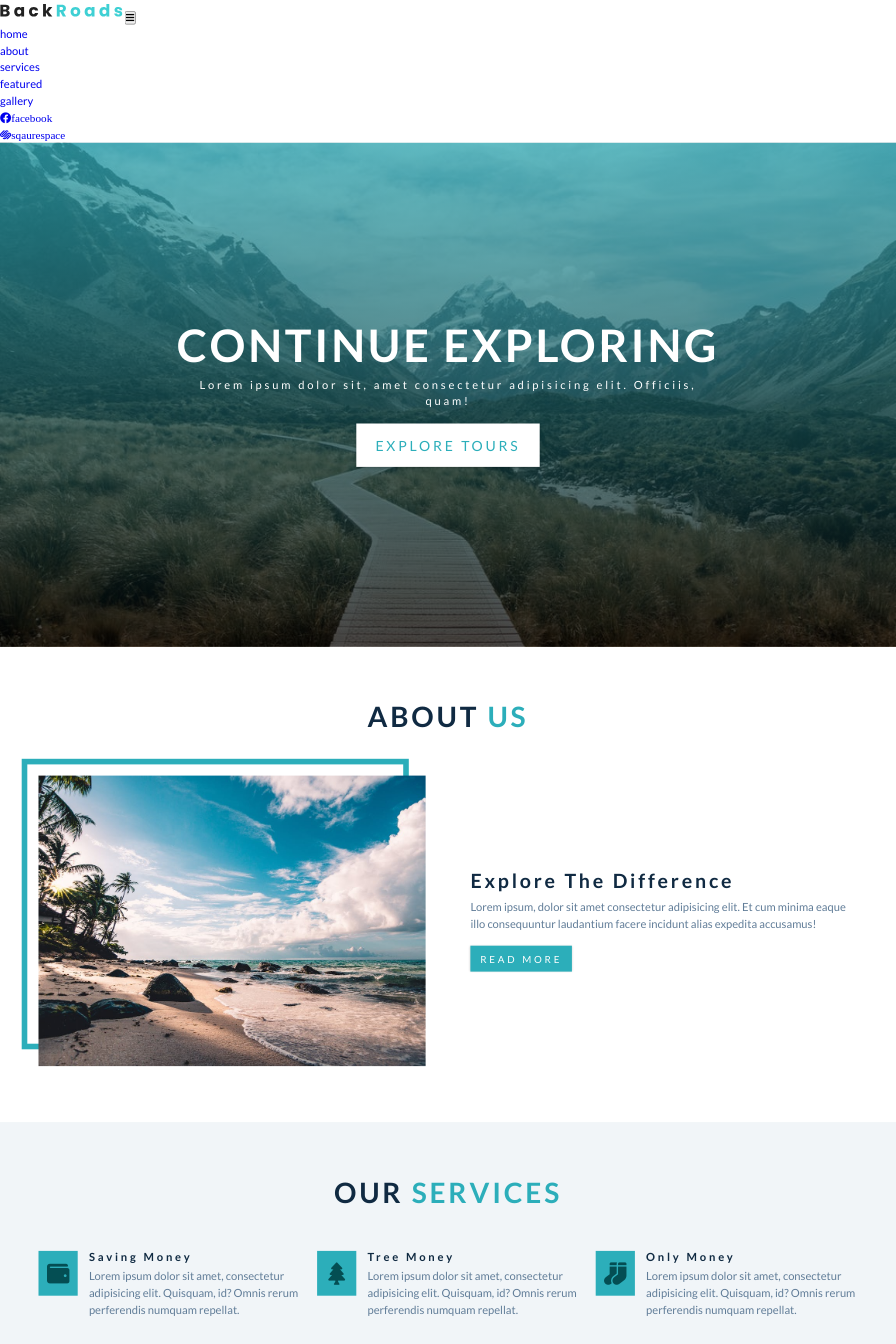
Repository: Ndifoinhilary/flexbox-project
Page: index.html
The author's editor kept a copy of each file at every save. The page is drawn from the files as they stood at one save, then again after the next save.
The browser window is 1280 px wide. The pictures show the part of the page from y = 0 to 1920 px (the page is 4187 px tall before and 3983 px after), at 70% of full size.

Above is the page before, as saved 2024-01-24 09:59:10.

After the next save:
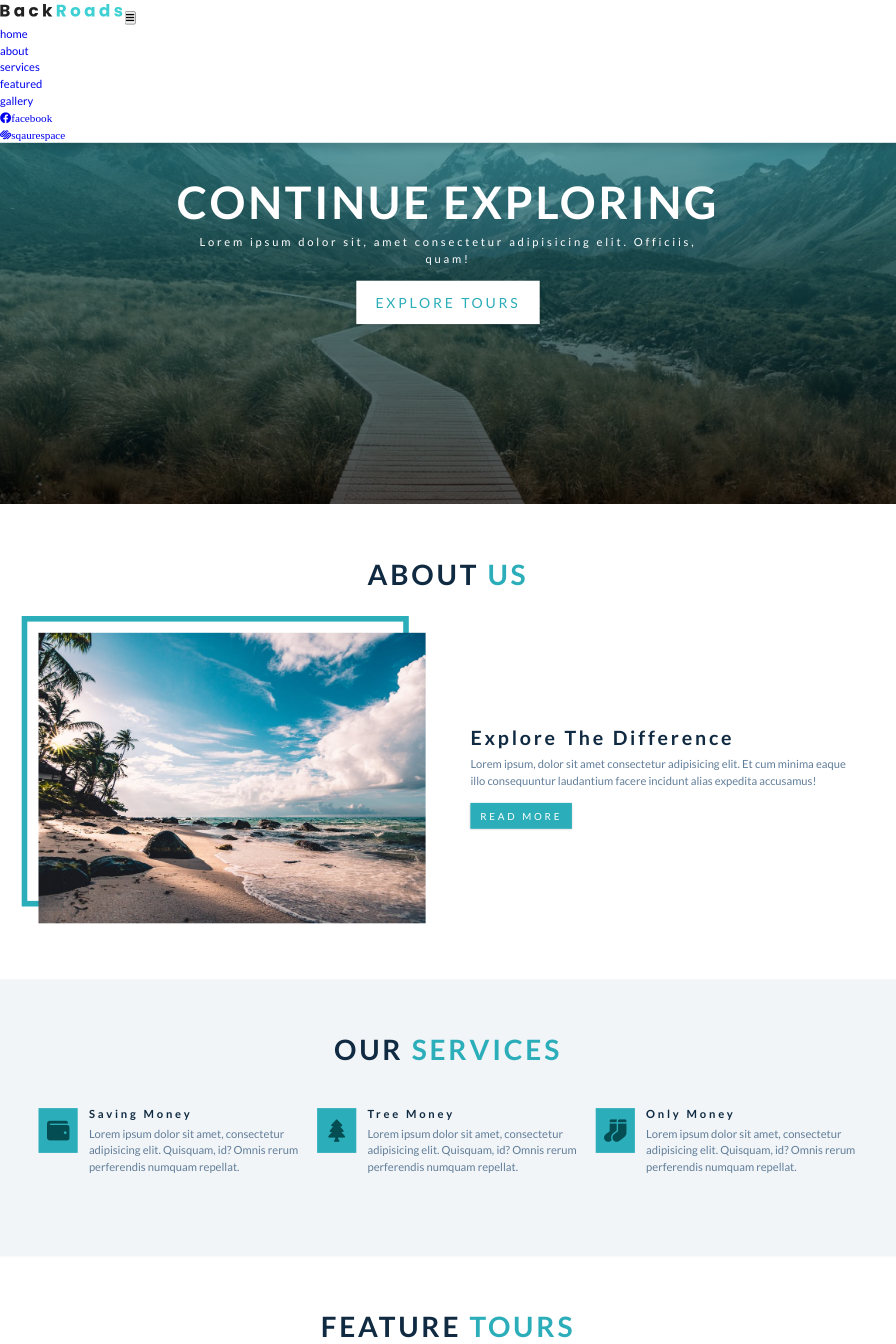
Saved 2 min 2 s later.
--- a/css/main.css
+++ b/css/main.css
@@ -168,6 +168,16 @@ Navbar
 ===============
 */
 
+
+.navbar{
+  position: fixed;
+  top: 0;
+  left: 0;
+  width: 100%;
+  background: var(--clr-white);
+  box-shadow: var(--dark-shadow);
+  z-index: 2;
+}
 /*
 ===============
 Hero
